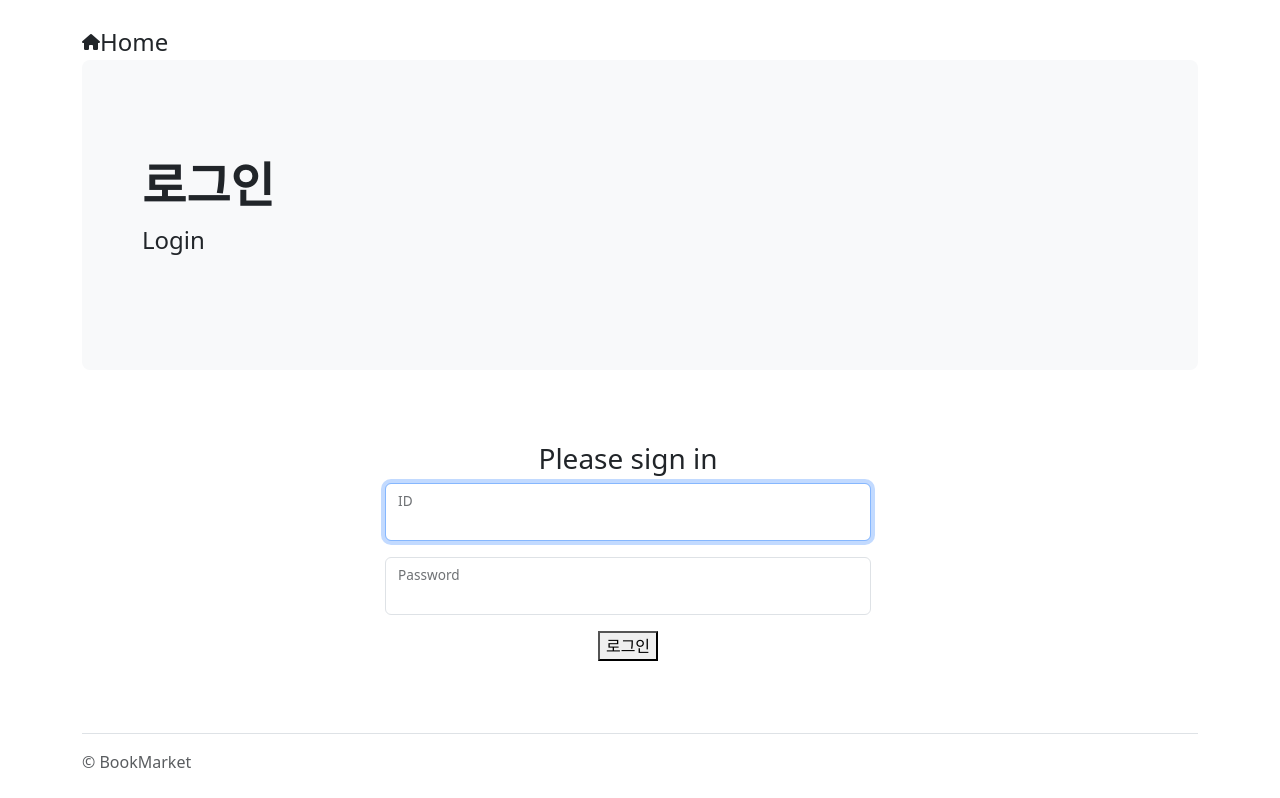
Repository: byeolchorong/ITedunet
Page: http://localhost/BookMarket/login.jsp
The author's editor kept a copy of each file at every save. The page is drawn from the files as they stood at one save, then again after the next save.
The browser window is 1280 px wide. The pictures show the whole page.
Some web libraries are served in a nearby version. The page is served by Tomcat 9. Nobody is signed in. The application's start-up code is not run.

Above is the page before, as saved 2025-05-29 06:13:10.

After the next save:
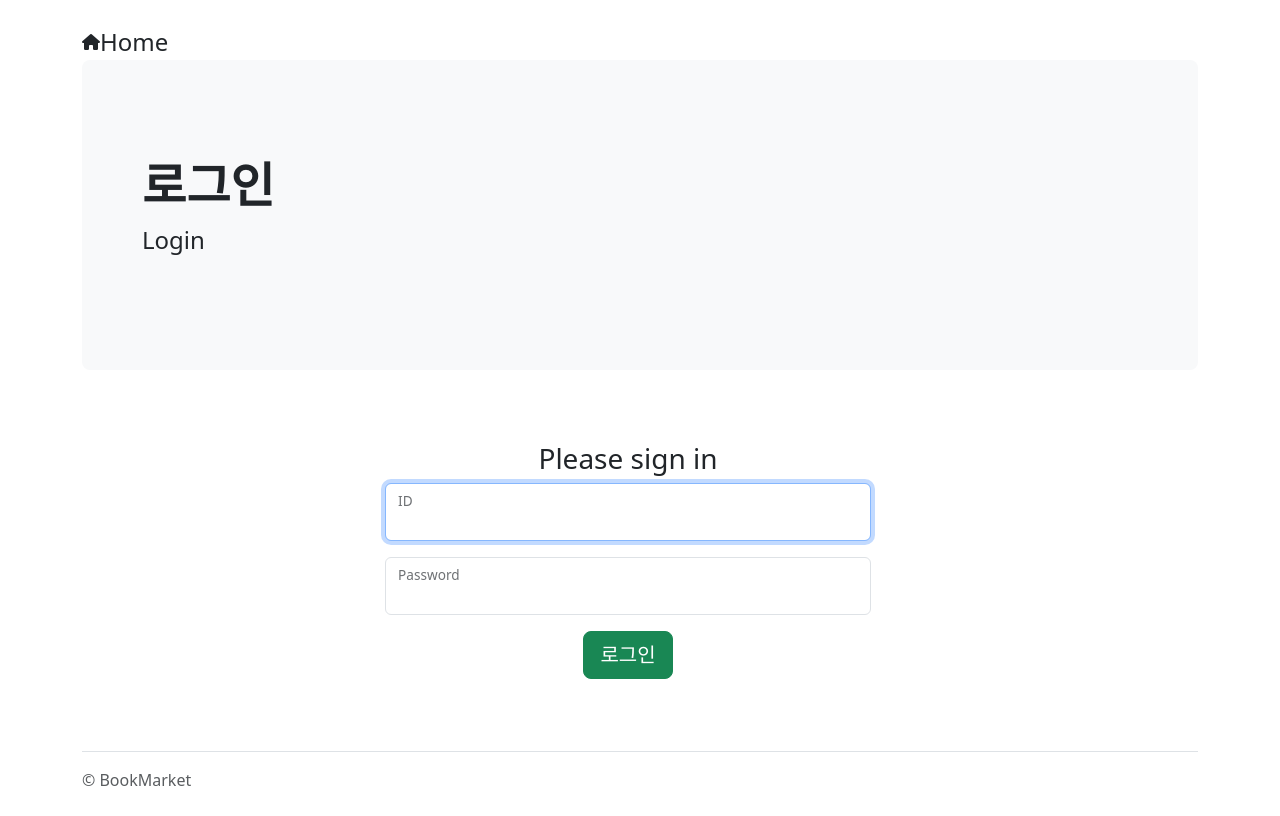
Saved 27 s later.
--- a/JSP/BookMarket/src/main/webapp/login.jsp
+++ b/JSP/BookMarket/src/main/webapp/login.jsp
@@ -39,7 +39,7 @@
 						<input type="password" class="form-control" name='j_password'>
 						<label>Password</label>
 					</div>
-					<button>로그인</button>
+					<button class="btn btn-lg btn-success" type="submit">로그인</button>
 				</form>
 			</div>
 		</div>
